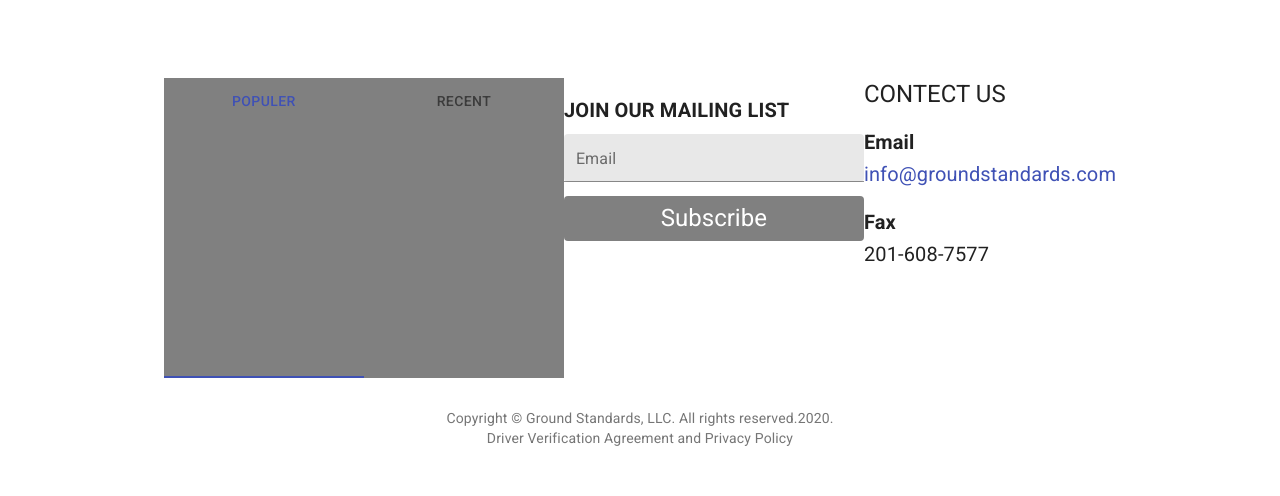
Repository: vinuvish/groundstandards_react
Page: /
The author's editor kept a copy of each file at every save. The page is drawn from the files as they stood at one save, then again after the next save.
The browser window is 1280 px wide. The pictures show the part of the page from y = 3920 to 4416 px (the page is 4416 px tall before and 4308 px after).
The page's requests for data from a server got no answer. The project was rebuilt for these pictures with package versions that can differ from the ones it lists, and the page was loaded fresh each time. No one was signed in, and anything a server would have sent is missing. Also part of the build but not shown: src/pages/app/NotFoundPage.tsx, src/pages/app/SignUpPage.tsx, src/pages/app/AboutPage.tsx, src/pages/app/OurSolutionPage.tsx, src/pages/app/OurPartnerPage.tsx, src/pages/app/ResourcePage.tsx, src/pages/app/PressPage.tsx, src/pages/app/BlockPage.tsx and 1 more. Imported but missing from the stored project, and not drawn on this page: src/assets/video/video-2.mp4.

Above is the page before, as saved 2020-11-28 12:42:39.

### public/index.html
<!DOCTYPE html>
<html lang="en">
  <head>
    <meta charset="utf-8" />
    <link rel="icon" href="%PUBLIC_URL%/favicon.png" />
    <meta name="viewport" content="width=device-width, initial-scale=1" />
    <meta name="theme-color" content="#000000" />
    <meta name="description" content="Web site created using create-react-app" />
    <link rel="apple-touch-icon" href="%PUBLIC_URL%/logo192.png" />
    <link rel="stylesheet" href="https://fonts.googleapis.com/css?family=Roboto:300,400,500,700&display=swap" />
    <link rel="stylesheet" href="https://fonts.googleapis.com/icon?family=Material+Icons" />
    <!--
      manifest.json provides metadata used when your web app is installed on a
      user's mobile device or desktop. See https://developers.google.com/web/fundamentals/web-app-manifest/
    -->
    <link rel="manifest" href="%PUBLIC_URL%/manifest.json" />
    <!--
      Notice the use of %PUBLIC_URL% in the tags above.
      It will be replaced with the URL of the `public` folder during the build.
      Only files inside the `public` folder can be referenced from the HTML.

      Unlike "/favicon.ico" or "favicon.ico", "%PUBLIC_URL%/favicon.ico" will
      work correctly both with client-side routing and a non-root public URL.
      Learn how to configure a non-root public URL by running `npm run build`.
    -->
    <title>Ground Standard</title>
  </head>
  <body>
    <noscript>You need to enable JavaScript to run this app.</noscript>
    <div id="root"></div>
    <!--
      This HTML file is a template.
      If you open it directly in the browser, you will see an empty page.

      You can add webfonts, meta tags, or analytics to this file.
      The build step will place the bundled scripts into the <body> tag.

      To begin the development, run `npm start` or `yarn start`.
      To create a production bundle, use `npm run build` or `yarn build`.
    -->
  </body>
</html>

### src/App.tsx
import { CssBaseline, MuiThemeProvider, StylesProvider } from '@material-ui/core';
import { SnackbarProvider } from 'notistack';
import React from 'react';
import { theme } from './app_utils/MuiTheme';
import AppRouterRoutes from './AppRoutes';
import { useAppStore } from './models_stores/appStore';

function App() {
  const streamAuthUser = useAppStore((state) => state.streamAuthUser);
  const streamProducts = useAppStore((state) => state.streamDocuments);
  const streamCategories = useAppStore((state) => state.streamNotifications);
  const streamUsers = useAppStore((state) => state.streamUsers);

  React.useEffect(() => {
    streamAuthUser();
    streamCategories();
    streamUsers();
    streamProducts();
  }, []); // eslint-disable-line

  return (
    <SnackbarProvider maxSnack={3} anchorOrigin={{ vertical: 'bottom', horizontal: 'right' }}>
      <MuiThemeProvider theme={theme}>
        <CssBaseline />
        <StylesProvider injectFirst>
          <AppRouterRoutes></AppRouterRoutes>
        </StylesProvider>
      </MuiThemeProvider>
    </SnackbarProvider>
  );
}

export default App;

### src/app_utils/MuiTheme.tsx
import { createMuiTheme } from '@material-ui/core/styles';
import { BreakpointOverrides } from '@material-ui/core/styles/createBreakpoints';
import { Shadows } from '@material-ui/core/styles/shadows';

declare module '@material-ui/core/styles/createBreakpoints' {
  interface BreakpointOverrides {
    xs: true;
    sm: true;
    md: true;
    lg: true;
    xl: true;
    tablet: true;
    laptop: true;
    desktop: true;
  }
}

export const theme = createMuiTheme({
  breakpoints: {
    values: { xs: 0, sm: 600, md: 960, lg: 1280, xl: 1920, tablet: 400, laptop: 900, desktop: 1200 }
  },

  shadows: Array(25).fill('none') as Shadows,

  props: {
    MuiInput: { disableUnderline: true },
    MuiButton: { disableElevation: true },
    MuiButtonBase: { disableRipple: true },
    MuiPaper: { elevation: 0 },
    MuiCard: { elevation: 0 },
    MuiDivider: { color: 'white' },
    MuiOutlinedInput: {}
  },
  overrides: {
    MuiPaper: {
      root: {
        elevation: 0
      }
    },
    MuiCard: {
      root: {
        elevation: 0
      }
    },
    MuiButton: {
      root: {
        textTransform: 'capitalize'
      }
    }
  },
  palette: {
    background: {
      default: '#F2F5F7'
    }
  }
});

export const breakpoint = {
  xs: `(min-width: 0px)`,
  sm: `(min-width: 576px)`,
  md: `(min-width: 768px)`,
  lg: `(min-width: 992px)`,
  xl: `(min-width: 1200px)`
};

### src/AppRoutes.tsx
import { Container, createStyles, Grid, makeStyles, Theme } from '@material-ui/core';
import React from 'react';
import { Route, Router, Switch } from 'react-router-dom';
import ZAppBar from './components/ZAppBar';
import ZAppBarDrawer from './components/ZAppBarDrawer';
import NotFoundPage from './pages/app/NotFoundPage';
import SignUpPage from './pages/app/SignUpPage';
import history from './app_utils/History';
import AboutPage from './pages/app/AboutPage';
import OurSolutionPage from './pages/app/OurSolutionPage';
import OurPartnerPage from './pages/app/OurPartnerPage';
import ResourcePage from './pages/app/ResourcePage';
import PressPage from './pages/app/PressPage';
import BlockPage from './pages/app/BlockPage';
import ContactPage from './pages/app/ContactPage';
import AppHomePage from './pages/app/AppHomePage';
import ZNavBar from './components/ZNavBar';

const AppRouterRoutes = () => {
  const classes = useStyles();

  return (
    <Router history={history}>

      <ZNavBar />
      <Switch>{[AppRoutes]}</Switch>
    </Router>


  );
};


const AppRoutes = [
  <Route exact path='/' component={AppHomePage} />,
  <Route exact path='/aboutUs' component={AboutPage} />,
  <Route exact path='/signUp' component={SignUpPage} />,
  <Route exact path='/ourSolution' component={OurSolutionPage} />,
  <Route exact path='/ourPartner' component={OurPartnerPage} />,
  <Route exact path='/resource' component={ResourcePage} />,
  <Route exact path='/press' component={PressPage} />,
  <Route exact path='/blog' component={BlockPage} />,
  <Route exact path='/contact' component={ContactPage} />,
  <Route component={NotFoundPage} />
];

const useStyles = makeStyles((theme: Theme) =>
  createStyles({
    grid: {
      display: 'flex'
    },
    containerAuthenticated: {
      margin: 'auto',
      marginTop: 68,
      padding: 20,
      width: `calc(100% - 240px)`,
      [theme.breakpoints.down('md')]: {
        width: '100%'
      }
    },
    containerUnauthenticated: {}
  })
);

export default AppRouterRoutes;

### src/app_utils/History.tsx
import { createBrowserHistory } from 'history';
export default createBrowserHistory({});

### src/pages/app/AppHomePage.tsx

import * as React from 'react';
import { makeStyles, Theme } from '@material-ui/core/styles';
import ZHeroSection from '../../components/ZHeroSection';
import ZCards from '../../components/ZCards';
import ZFooter from '../../components/Zfooter';

interface Props { }

const AppHomePage: React.FC<Props> = () => {
    const classes = useStyles();
    return (
        <>
            <ZHeroSection />
            <ZCards />
            <ZFooter />
        </>
    )
};

const useStyles = makeStyles((theme: Theme) => ({
    root: {}
}));

AppHomePage.defaultProps = {};

export default AppHomePage;

### src/components/ZNavBar.tsx
import React from 'react';
import { FaBars } from 'react-icons/fa';
import { NavLink as Link } from 'react-router-dom';
import styled from 'styled-components';

function ZNavBar() {


    const navLinks = [
        { title: `about us`, path: `/aboutUs` },
        { title: `sign up!`, path: `/signUp` },
        { title: `our solution`, path: `/ourSolution` },
        { title: `our partners`, path: `/ourPartner` },
        { title: `rsources`, path: `/resource` },
        { title: `press`, path: `/press` },
        { title: `blog`, path: `/blog` },
        { title: `contact`, path: `/contact` },

    ]
    return (
        <>
            <Nav>
                <NavLink to='/'>
                    <img src={'http://groundstandards.com/wp-content/uploads/GS-logo-300.png'} alt='logo' />
                </NavLink>
                <Bars />
                <NavMenu>
                    <NavLink to='/about' >
                        About
              </NavLink>
                    <NavLink to='/services' >
                        Services
              </NavLink>
                    <NavLink to='/contact-us' >
                        Contact Us
              </NavLink>
                    <NavLink to='/sign-up' >
                        Sign Up
              </NavLink>
                    {/* Second Nav */}
                    {/* <NavBtnLink to='/sign-in'>Sign In</NavBtnLink> */}
                </NavMenu>
                <NavBtn>
                    <NavBtnLink to='/signin'>Sign In</NavBtnLink>
                </NavBtn>
            </Nav>
        </>
    );
}

export default ZNavBar

export const Nav = styled.nav`
  background: white;
  height: 80px;
  display: flex;
  justify-content: space-between;
  padding: 0.5rem calc((100vw - 1000px) / 2);
  z-index: 10;
  /* Third Nav */
  /* justify-content: flex-start; */
`;

export const NavLink = styled(Link)`
  color:    black;
  display: flex;
  align-items: center;
  text-decoration: none;
  padding: 0 1rem;
  height: 100%;
  cursor: pointer;
  &.active {
    color: #15cdfc;
  }
`;

export const Bars = styled(FaBars)`
  display: none;
  color: #fff;
  @media screen and (max-width: 768px) {
    display: block;
    position: absolute;
    top: 0;
    right: 0;
    transform: translate(-100%, 75%);
    font-size: 1.8rem;
    cursor: pointer;
  }
`;

export const NavMenu = styled.div`
  display: flex;
  align-items: center;
  margin-right: -24px;
  /* Second Nav */
  /* margin-right: 24px; */
  /* Third Nav */
  /* width: 100vw;
  white-space: nowrap; */
  @media screen and (max-width: 768px) {
    display: none;
  }
`;

export const NavBtn = styled.nav`
  display: flex;
  align-items: center;
  margin-right: 24px;
  /* Third Nav */
  /* justify-content: flex-end;
  width: 100vw; */
  @media screen and (max-width: 768px) {
    display: none;
  }
`;

export const NavBtnLink = styled(Link)`
  border-radius: 4px;
  background: #256ce1;
  padding: 10px 22px;
  color: #fff;
  outline: none;
  border: none;
  cursor: pointer;
  transition: all 0.2s ease-in-out;
  text-decoration: none;
  /* Second Nav */
  margin-left: 24px;
  &:hover {
    transition: all 0.2s ease-in-out;
    background: #fff;
    color: #010606;
  }
`;

### src/firebase/firebase.tsx
import firebase from 'firebase/app';
import 'firebase/firestore';
import 'firebase/auth';
import 'firebase/storage';

const firebaseConfig = {
  apiKey: 'AIzaSyBWf1JYtcld5rEhou2YyANxAtl20AylP80',
  authDomain: 'groundstandards-8a1dd.firebaseapp.com',
  databaseURL: 'https://groundstandards-8a1dd.firebaseio.com',
  projectId: 'groundstandards-8a1dd',
  storageBucket: 'groundstandards-8a1dd.appspot.com',
  messagingSenderId: '137110708999',
  appId: '1:137110708999:web:ab0b42be7878425a805ba2',
  measurementId: 'G-V8H0LZB9DH'
};

if (!firebase.apps.length) firebase.initializeApp(firebaseConfig);

const firestore = firebase.firestore();
const auth = firebase.auth();

export { firebase as fireFirebase, firestore as fireFirestore, auth as fireAuth };

### src/models/AuthUserModel.ts
export class AuthUser implements IAuthUser {
  email: string;
  firstName: string;
  id: string;
  lastName: string;
  isActive: boolean;
  isAdmin: boolean;
  timestampAdded: Date;
  timestampLastLogin: Date;

  constructor(x: IAuthUser) {
    this.email = x.email;
    this.firstName = x.firstName;
    this.id = x.id;
    this.lastName = x.lastName;
    this.isActive = x.isActive;
    this.isAdmin = x.isAdmin;
    this.timestampAdded = x.timestampAdded;
    this.timestampLastLogin = x.timestampLastLogin;
  }

  static fromFirestore(doc: firebase.firestore.DocumentSnapshot<firebase.firestore.DocumentData>): AuthUser | null {
    const data = doc.data();
    if (!data) return null;

    return new AuthUser({
      email: data['email'] ?? '',
      firstName: data['firstName'] ?? '',
      id: doc.id,
      lastName: data['lastName'] ?? '',
      isActive: data['isActive'] ?? true,
      isAdmin: data['isAdmin'] ?? false,
      timestampAdded: data['timestampAdded']?.toDate() ?? new Date(),
      timestampLastLogin: data['timestampLastLogin']?.toDate() ?? new Date()
    });
  }

  getFullName(): string {
    return `${this.firstName} ${this.lastName}`;
  }
}

interface IAuthUser {
  email: string;
  firstName: string;
  id: string;
  lastName: string;
  isActive: boolean;
  isAdmin: boolean;
  timestampAdded: Date;
  timestampLastLogin: Date;
}
export interface IAuthUserRegister {
  email: string;
  firstName: string;
  lastName: string;
  password: string;
  isAdmin: boolean;
}

export interface IAuthUserUpdate {
  id: string;
  firstName: string;
  lastName: string;
  isActive: boolean;
  isAdmin: boolean;
}

### src/models/NotificationModel.ts
export class NotificationModel implements IEventModel {
  body: string;
  title: string;
  linkUrl: string;
  id: string;
  timestampAdded: Date;

  constructor(x: IEventModel) {
    {
      this.id = x.id;
      this.linkUrl = x.linkUrl;
      this.body = x.body;
      this.timestampAdded = x.timestampAdded;
      this.title = x.title;
    }
  }

  static fromFirestore(doc: firebase.firestore.DocumentSnapshot<firebase.firestore.DocumentData>): NotificationModel | null {
    const data = doc.data();
    if (!data) return null;
    return new NotificationModel({
      body: data['body'] ?? '',
      id: doc.id,
      linkUrl: data['linkUrl'] ?? '',
      timestampAdded: data['timestampAdded']?.toDate() ?? Date.now(),
      title: data['title'] ?? ''
    });
  }
}

interface IEventModel {
  body: string;
  title: string;
  linkUrl: string;
  id: string;
  timestampAdded: Date;
}

### src/components/ZHeroSection.tsx
import { createStyles, makeStyles, Theme } from '@material-ui/core';
import React from 'react';
function ZHeroSection() {
  const classes = useStyles();

  return (
    <div className={classes.heroContainer}>
      <video className={classes.video} src={require('../assets/video/video-2.mp4')} autoPlay loop muted />
      <h1>RIDE WITH CONFIDENCE </h1>
      <p>Delivering Certification and Audit Standards
to the Ground Transportation Industry</p>

    </div >
  );
}

export default ZHeroSection;

const useStyles = makeStyles((theme: Theme) =>
  createStyles({
    video: {
      objectFit: 'cover',
      width: '100vw',
      height: '100%',
      position: 'fixed',
      zIndex: -'1'
    },
    heroContainer: {
      width: '100vw',
      height: '100vh',
      display: 'flex',
      flexDirection: 'column',
      justifyContent: 'center',
      alignItems: 'center',
      boxShadow: 'inset 0 0 0 1000px rgba(0, 0, 0, 0.2)',
      objectFit: 'contain',
      fontSize: '30px',
      color: 'white'

    },

  })
);

### src/components/Zfooter.tsx
import { Tabs, Tab, Box, Container, Grid, Link, makeStyles, Typography, Button } from '@material-ui/core';
import { useSnackbar } from 'notistack';
import React from 'react';
import { useForm } from 'react-hook-form';
import ZTextFormField from './ZTextFromField';

export default function ZFooter() {
    const classes = useStyles();
    const [value, setValue] = React.useState(0);
    const { handleSubmit, errors, control, getValues } = useForm<FormData>({ mode: 'onSubmit', reValidateMode: 'onChange' });
    const { enqueueSnackbar } = useSnackbar();
    const handleChange = (event: React.ChangeEvent<{}>, newValue: number) => {
        setValue(newValue);
    };

    const handleChangeIndex = (index: number) => {
        setValue(index);
    };
    type FormData = {
        email: string;
    };

    const onSubmit = handleSubmit(async (data: FormData) => {
        console.log('from', data);
        try {

            enqueueSnackbar('Email sent');
        } catch (error) {
            console.log(error);
            enqueueSnackbar(error.message);
        }
    });
    function a11yProps(index: any) {
        return {
            id: `full-width-tab-${index}`,
            'aria-controls': `full-width-tabpanel-${index}`,
        };
    }
    return (
        <footer className={classes.footer}>
            <Container maxWidth="lg">
                <Grid container direction='row' className={classes.grid} >
                    <Grid item xs={12}>
                        <Grid container justify="center" alignContent="space-between" spacing={5}>
                            <div >
                                <Tabs className={classes.tab} value={value}
                                    onChange={handleChange}
                                    indicatorColor="primary"
                                    textColor="primary"
                                    variant="fullWidth"
                                    aria-label="full width tabs example">
                                    <Tab label="Populer" {...a11yProps(0)} />
                                    <Tab label="Recent" {...a11yProps(1)} />
                                </Tabs>

                            </div>
                            <div className={classes.emailSubscription}>
                                <Typography variant='h6' >
                                    <Box fontWeight={900} paddingTop={2}>
                                        JOIN OUR MAILING LIST</Box>
                                </Typography>

                                <ZTextFormField
                                    variant='filled'
                                    defaultValue={getValues().email}
                                    error={errors.email}
                                    rules={{ required: 'Invalid email address', pattern: { value: /^[A-Z0-9._%+-]+@[A-Z0-9.-]+\.[A-Z]{2,}$/i, message: 'Invalid email address' } }}
                                    label='Email'
                                    name='email'
                                    control={control}
                                />
                                <Button type='submit' className={classes.submitButton} onClick={onSubmit} fullWidth variant='contained' color='primary' size='large'>
                                    <Typography variant='h5' >
                                        Subscribe
                       </Typography>
                                </Button>
                            </div>
                            <div >
                                <Typography variant='h5' >
                                    CONTECT US
                       </Typography>
                                <Typography variant='h6' >
                                    <Box fontWeight={900} paddingTop={2}>
                                        Email</Box>
                                </Typography>
                                <Link href="#" >
                                    <Typography variant='h6' >
                                        <Box fontWeight={400} >
                                            info@groundstandards.com

                                </Box>
                                    </Typography>
                                </Link>
                                <Typography variant='h6' >
                                    <Box fontWeight={900} paddingTop={2}>
                                        Fax</Box>
                                </Typography>

                                <Typography variant='h6' >
                                    <Box fontWeight={400} >
                                        201-608-7577
                                </Box>
                                </Typography>
                            </div>
                        </Grid>
                    </Grid>
                </Grid>


                <Typography variant="body2" color="textSecondary" align="center">
                    {'Copyright © '}
                    <Link color="inherit" href="https://material-ui.com/">
                        Ground Standards, LLC. All rights reserved.
                    </Link>
                    {new Date().getFullYear()}
                    {'.'}
                </Typography>
                <Typography variant="body2" color="textSecondary" align="center">
                    Driver Verification Agreement and Privacy Policy
                </Typography>
            </Container>
        </footer >

    );

}
const useStyles = makeStyles((theme) => ({
    footer: {
        backgroundColor: theme.palette.background.paper,
        padding: theme.spacing(6, 0),
        flex: 1,
        justifyContent: 'center',
        alignItems: 'center',
        position: 'relative',
        width: '100vW'
    },
    tab: {
        backgroundColor: 'grey',
        color: 'grey',
        width: 400,
        height: 300,

        variant: "scrollable"
    },
    emailSubscription: {

        width: 300,
    },
    submitButton: {
        height: '45px',
        background: 'grey',
        margin: '10px 0px'
    }, grid: {
        padding: '50px',
        justifyContent: 'center',
        alignItems: 'center',
    },
}));

### src/components/ZCardItem.tsx
import { Box, createStyles, makeStyles, Theme } from '@material-ui/core';
import Button from '@material-ui/core/Button';
import Card from '@material-ui/core/Card';
import CardActions from '@material-ui/core/CardActions';
import CardContent from '@material-ui/core/CardContent';
import Typography from '@material-ui/core/Typography';


import React from 'react';


interface Props {
    title: string,
    body: string,
    path: string,
    height?: string;
}


const ZCardItem: React.FC<Props> = ({ title, body, path, height }) => {
    const classes = useStyles();
    return (
        <Box border={1} color="white" borderRadius={0}>
            <Card className={classes.card} variant="outlined"  >
                <CardContent>
                    <Typography className={classes.title} color="textSecondary" gutterBottom>
                        {title}
                    </Typography>

                    <Typography className={classes.body} color="textSecondary">
                        {body}
                    </Typography>

                </CardContent>
                <CardActions className={classes.button}>
                    <Button size="large" variant='contained' color='primary' >Learn More</Button>
                </CardActions>
            </Card>
        </Box>
    );
}
ZCardItem.defaultProps = {};

export default ZCardItem;

const useStyles = makeStyles((theme: Theme) =>
    createStyles({

        card: {
            minWidth: 275,
            minHeight: 200,
            width: '350px',
            paddingTop: '20px',
            background: 'black'

        },

        title: {
            fontSize: 25,
            textAlign: 'center',
            fontWeight: 900,
            color: 'white'
        },
        body: {
            marginBottom: 5,
            marginTop: '20px',
            padding: 10,
            fontSize: 16,
            color: '#A8A8A8',
            fontWeight: 300,
            letterSpacing: 1
        },
        button: { justifyContent: 'center', marginBottom: 20, }
    })

);

### src/components/ZTextFromField.tsx
import * as React from 'react';
import { makeStyles, TextField, Theme } from '@material-ui/core';
import { Controller, FieldError, Control } from 'react-hook-form';

interface Props {
  label: string;
  defaultValue?: string;
  className?: string;
  control: Control;
  error?: FieldError | undefined;
  name: string;
  rules?: any;
  rows?: number;
  type?: string;
  disabled?: boolean;
  variant?: 'standard' | 'filled' | 'outlined' | undefined;
}

const ZTextFormField: React.FC<Props> = ({ label, defaultValue, className, control, name, rules, rows, type, variant, error, disabled }) => {
  const classes = useStyles();
  return (
    <div key={name} className={className}>
      <Controller
        key={name}
        as={
          <TextField
            InputProps={{
              classes: { root: classes.root }
            }}
            disabled={disabled ?? false}
            name={name}
            error={error?.message ? true : false}
            helperText={error?.message ? error.message : undefined}
            fullWidth
            margin='dense'
            multiline={type ? false : true}
            rows={type ? undefined : rows}
            type={type}
            variant={(variant ?? 'outlined') as any}
          />
        }
        rules={rules ?? { required: 'This field is required' }}
        autoComplete='false'
        label={label}
        name={name}
        control={control}
        defaultValue={defaultValue ?? ''}
      />
    </div>
  );
};

const useStyles = makeStyles((theme: Theme) => ({
  root: {
    borderRadius: '4px'
  }
}));

ZTextFormField.defaultProps = {};

export default ZTextFormField;

// rules={register({
//             required: true,
//             pattern: {
//               value: /^[A-Z0-9._%+-]+@[A-Z0-9.-]+\.[A-Z]{2,}$/i,
//               message: 'Invalid email address',
//             },
//           })}

Loaded but not shown: src/index.tsx (common file); src/styles/index.css (common file); src/components/ZCards.tsx (200 lines, source omitted); src/models/DocumentModel.ts (144 lines, source omitted); src/models_stores/appStore.ts (105 lines, source omitted)

After the next save:
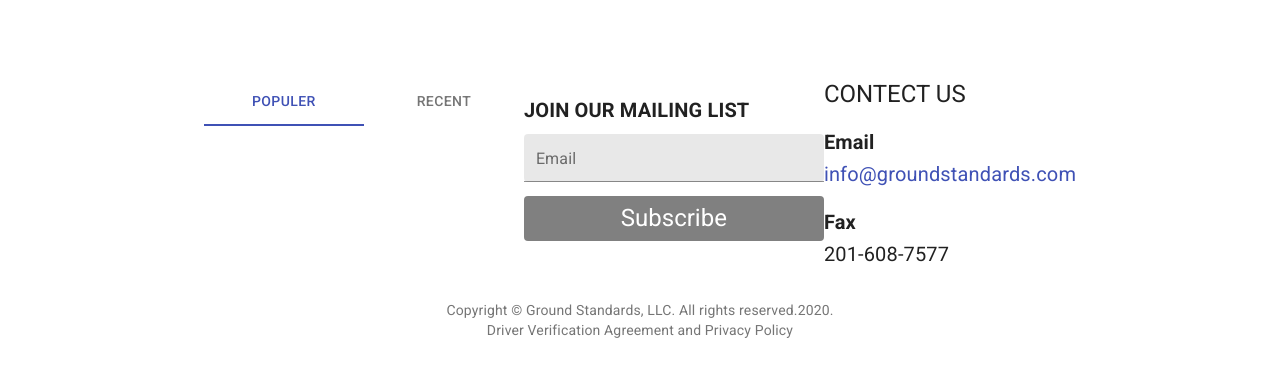
Saved 10 s later.
--- a/src/components/Zfooter.tsx
+++ b/src/components/Zfooter.tsx
@@ -43,7 +43,7 @@ export default function ZFooter() {
                     <Grid item xs={12}>
                         <Grid container justify="center" alignContent="space-between" spacing={5}>
                             <div >
-                                <Tabs className={classes.tab} value={value}
+                                <Tabs value={value}
                                     onChange={handleChange}
                                     indicatorColor="primary"
                                     textColor="primary"
